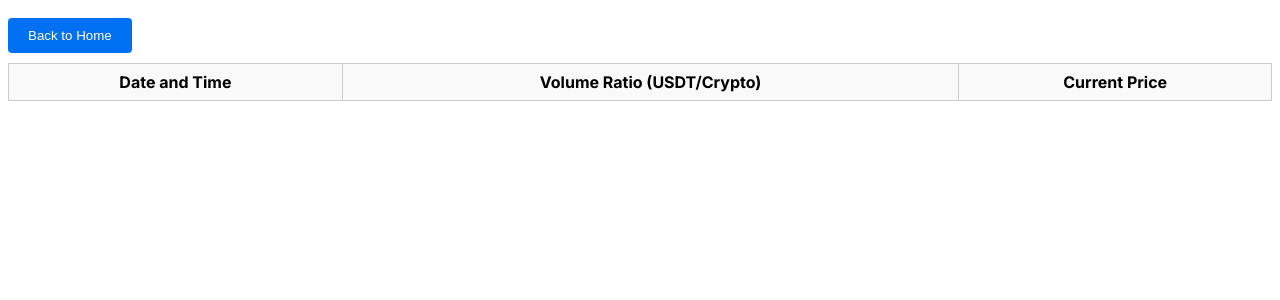
Repository: AbApin/trading-bot
Page: /crypto-table
These files come from the project's save history. The page is drawn as it stood at one moment and after a run of saves; the edit follows.
The browser window is 1280 px wide. The pictures show the whole page.
The page's requests for data from a server got no answer. The project was rebuilt for these pictures with package versions that can differ from the ones it lists, and the page was loaded fresh each time. The framework's server and built-in components were replaced by stand-ins that run in the browser. No one was signed in, and anything a server would have sent is missing. Also part of the build but not shown: next.config.mjs.

Above is the page before, as saved 2024-09-05 16:52:18.

### src/app/layout.js
import { Inter } from 'next/font/google';
import Head from 'next/head';

const inter = Inter({ subsets: ['latin'] });

export const metadata = {
  title: 'Trading Bot',
};

export default function RootLayout({ children }) {
  return (
    <html lang="en">
      <Head>
        <link rel="icon" href="/public/favicon.png" />
      </Head>
      <body className={inter.className}>{children}</body>
    </html>
  );
}

### src/app/crypto-table/page.js
'use client';
import { useState, useEffect } from 'react';
import axios from 'axios';
import { useSearchParams, useRouter } from 'next/navigation';
import './page-module.css'; // Adjust the path as necessary

const CryptoTablePage = () => {
  const searchParams = useSearchParams();
  const cryptoParam = searchParams.get('crypto') || 'DOGSUSDT'; // Default to DOGSUSDT if no param
  const [tableData, setTableData] = useState([]);
  const router = useRouter();

  useEffect(() => {
    const fetchData = async () => {
      try {
        const priceResponse = await axios.get(
          `https://api.binance.com/api/v3/ticker/price?symbol=${cryptoParam}`,
        );
        const newPrice = parseFloat(priceResponse.data.price);

        const volumeResponse = await axios.get(
          `https://api.binance.com/api/v3/ticker/24hr?symbol=${cryptoParam}`,
        );
        const volume24hUSDT = parseFloat(volumeResponse.data.quoteVolume);
        const volume24hCrypto = parseFloat(volumeResponse.data.volume);
        const volumeRatio =
          volume24hCrypto > 0 ? (volume24hUSDT / volume24hCrypto).toFixed(7) : '0';

        // Update data with the new entry
        setTableData((prevData) => [
          {
            dateTime: new Date().toLocaleString(),
            volumeRatio: volumeRatio,
            currentPrice: newPrice.toFixed(7),
          },
          ...prevData.slice(0, 143), // Keep only the last 24 hours of data (assuming 1 entry per minute)
        ]);
      } catch (error) {
        console.error('Error fetching data:', error);
      }
    };

    fetchData();
    const id = setInterval(fetchData, 1000); // Fetch every 1 second

    return () => clearInterval(id);
  }, [cryptoParam]);

  const handleGoHome = () => {
    router.push('/');
  };

  return (
    <div className="table-container">
      <button onClick={handleGoHome} className="back-button">
        Back to Home
      </button>
      <table className="crypto-table">
        <thead>
          <tr>
            <th>Date and Time</th>
            <th>Volume Ratio (USDT/Crypto)</th>
            <th>Current Price</th>
          </tr>
        </thead>
        <tbody>
          {tableData.map((row, index) => (
            <tr key={index} className={index === 0 ? 'fixed-row' : ''}>
              <td>{row.dateTime}</td>
              <td>{row.volumeRatio}</td>
              <td>{row.currentPrice}</td>
            </tr>
          ))}
        </tbody>
      </table>
    </div>
  );
};

export default CryptoTablePage;

### src/app/crypto-table/page-module.css
.table-container {
  position: relative;
  width: 100%;
  max-height: 600px;
  overflow-y: auto;
}

.crypto-table {
  width: 100%;
  border-collapse: collapse;
}

.crypto-table th,
.crypto-table td {
  border: 1px solid #ccc;
  padding: 8px;
  text-align: center;
}

.crypto-table thead {
  background-color: #f9f9f9;
}

.crypto-table tbody tr:nth-child(even) {
  background-color: #f1f1f1;
}

.fixed-row {
  background-color: #e0ffe0; /* Highlight the latest row */
}

.back-button {
  margin: 10px 0;
  padding: 10px 20px;
  background-color: #0070f3;
  color: white;
  border: none;
  border-radius: 4px;
  cursor: pointer;
}

.back-button:hover {
  background-color: #005bb5;
}

After the next 2 saves:
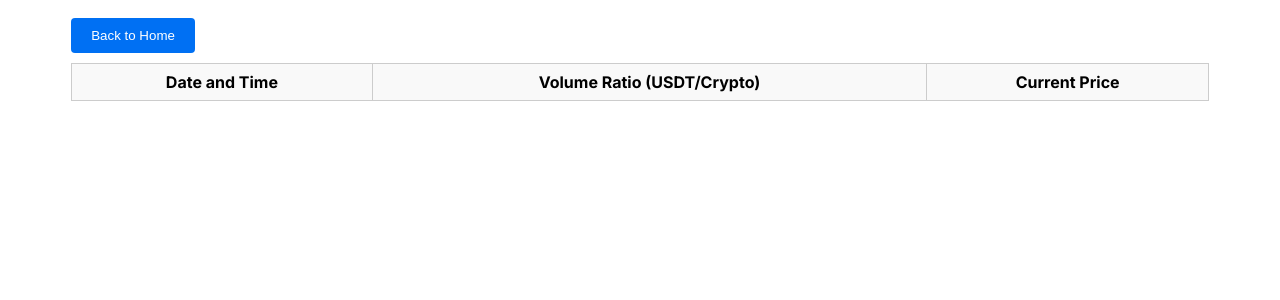
The 2 saves are shown as one change because they came seconds apart.
The last was saved 10 min 3 s later.
--- a/src/app/crypto-table/page-module.css
+++ b/src/app/crypto-table/page-module.css
@@ -1,6 +1,7 @@
 .table-container {
   position: relative;
-  width: 100%;
+  width: 90%;
+  margin: 0 auto;
   max-height: 600px;
   overflow-y: auto;
 }
